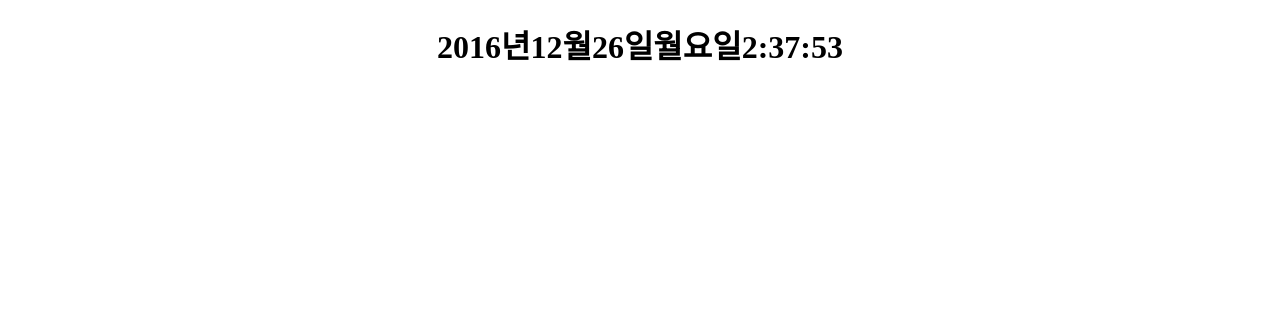
Repository: paul2oh/hellowjava
Page: workspace/javastart_svn/src/javastart/WebContent/clientPrg/a02_script/a15_calender.html
The author's editor kept a copy of each file at every save. The page is drawn from the files as they stood at one save, then again after the next save.
The browser window is 1280 px wide. The pictures show the whole page.

Above is the page before, as saved 2016-12-30 08:14:05.

### workspace/javastart_svn/src/javastart/WebContent/clientPrg/a02_script/a15_calender.html
<!doctype html>
<html lang="en">
<head>
<meta charset="UTF-8">
<meta name="Generator" content="EditPlus®">
<meta name="Author" content="">
<meta name="Keywords" content="">
<meta name="Description" content="">
<title>Document</title>
<script>
	//date 처리객체

	/*
		날짜와 현재 시간을 처리해주는 객체..


		getMonth() : 월
		getDate() : 일
		getHours() : 시
		getMinutes() : 분
		getSeconds() : 초

		getYear() getFullYear() 년..

		setInterval(함수,1/1000); 해당시간별 마다 반복적으로 처리..

	 */
	window.onload = function() {
		setInterval(startDate, 1000);

	};
	function startDate() {
		var date = new Date();
		var days = [ "일", "월", "화", "수", "목", "금", "토" ]
		var current = "<h1 align='center'>" + date.getFullYear() + "년";
		current += (date.getMonth() + 1) + "월"; //idx 라서 1을 추가 jan feb로 값이 들어있다
		current += (date.getDate()) + "일";
		current += days[date.getDay()] + "요일";
		current += (date.getHours()) + ":";
		current += (date.getMinutes()) + ":";
		current += (date.getSeconds()) + " </h1>";

		document.getElementById("toDay").innerHTML = current;
		document.getElementById("tr01").innerHTML = "";
	};
</script>



</head>
<body>
	<p id="toDay"></p>
	<table id="tab01" align="center" width="400" height="200">

		<tr id="tr01">
			<th>일</th>
			<th>월</th>
			<th>화</th>
			<th>수</th>
			<th>목</th>
			<th>금</th>
			<th>토</th>
		</tr>


		<tr id="tr02">
			<td></td>
			<td></td>
			<td></td>
			<td></td>
			<td></td>
			<td></td>
			<td></td>


		</tr>


	</table>



</body>
</html>

After the next save:
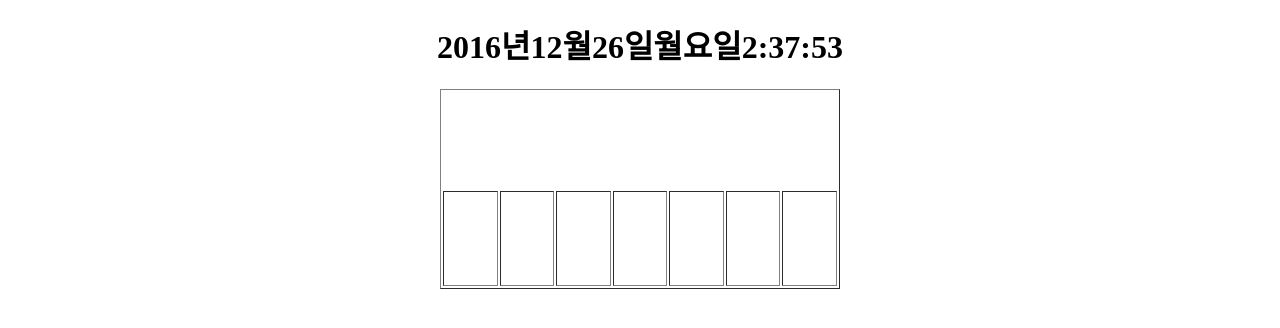
Saved 89 s later.
--- a/workspace/javastart_svn/src/javastart/WebContent/clientPrg/a02_script/a15_calender.html
+++ b/workspace/javastart_svn/src/javastart/WebContent/clientPrg/a02_script/a15_calender.html
@@ -50,9 +50,9 @@
 </head>
 <body>
 	<p id="toDay"></p>
-	<table id="tab01" align="center" width="400" height="200">
+	<table id="tab01" align="center" width="400" height="200" border="1">
 
-		<tr id="tr01">
+		<tr id="tr01" height="50%">
 			<th>일</th>
 			<th>월</th>
 			<th>화</th>
